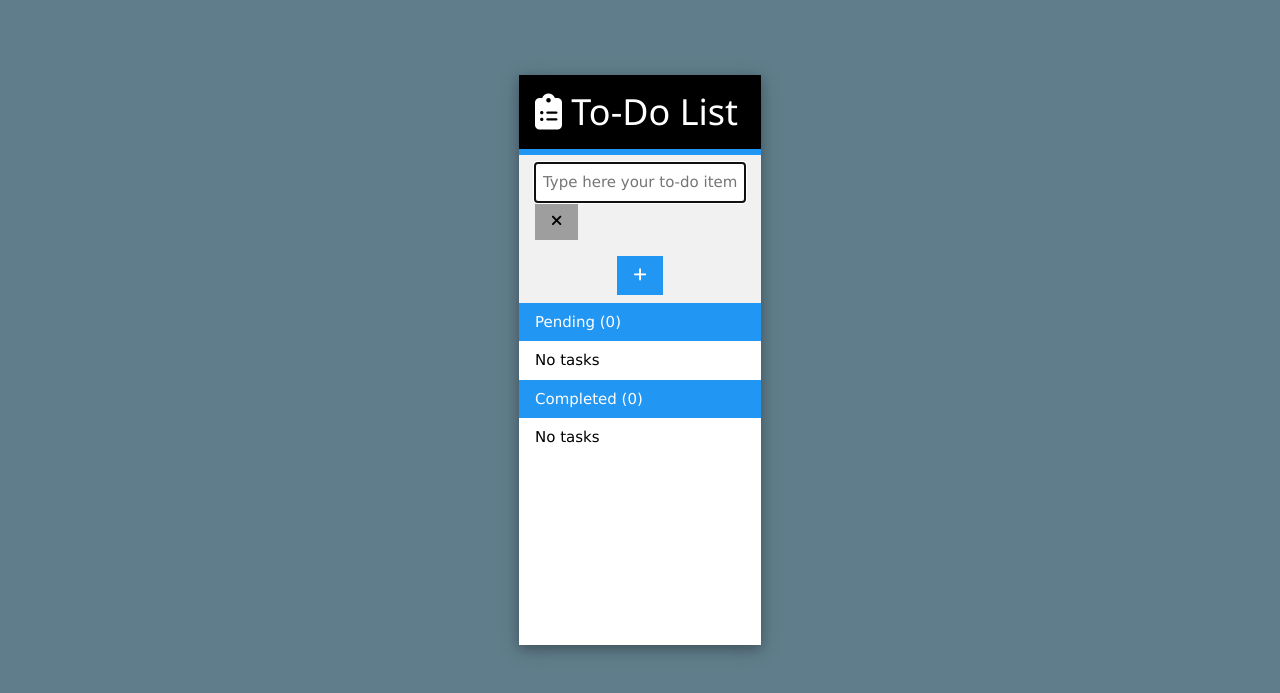
Repository: bclover/vue3-design-patterns-book
Page: /
These files come from the project's save history. The page is drawn as it stood at one moment and after the next save; the edit follows.
The browser window is 1280 px wide. The pictures show the whole page.
The project was rebuilt for these pictures with package versions that can differ from the ones it lists, and the page was loaded fresh each time. Also part of the build but not shown: vite.config.ts.

Above is the page before, as saved 2023-06-19 22:31:11.

After the next save:
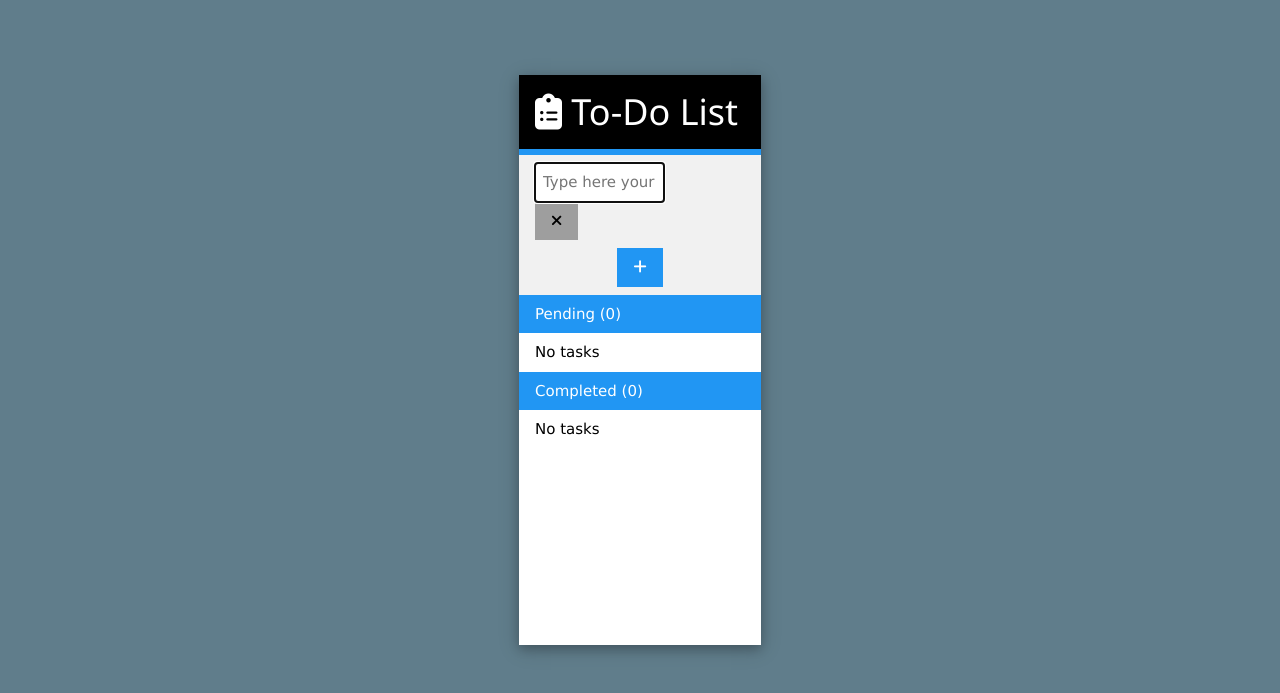
Saved 85 s later.
--- a/src/components/ToDos.vue
+++ b/src/components/ToDos.vue
@@ -40,7 +40,7 @@ function addToDo() {
     </div>
 
     <!-- Remove & Add Buttons -->
-    <div class="w3-container flex-container w3-light-gray w3-padding">
+    <div class="w3-container w3-twothird w3-light-gray w3-padding">
       <input
         class="w3-input w3-border-0"
         type="text"
@@ -49,7 +49,7 @@ function addToDo() {
         @keyup.enter="addToDo()"
         placeholder="Type here your to-do item..."
       />
-      <button class="w3-button w3-gray" @click="clearToDo()">
+      <button class="w3-button w3-third w3-gray" @click="clearToDo()">
         <i class="fa-solid fa-times"></i>
       </button>
     </div>
